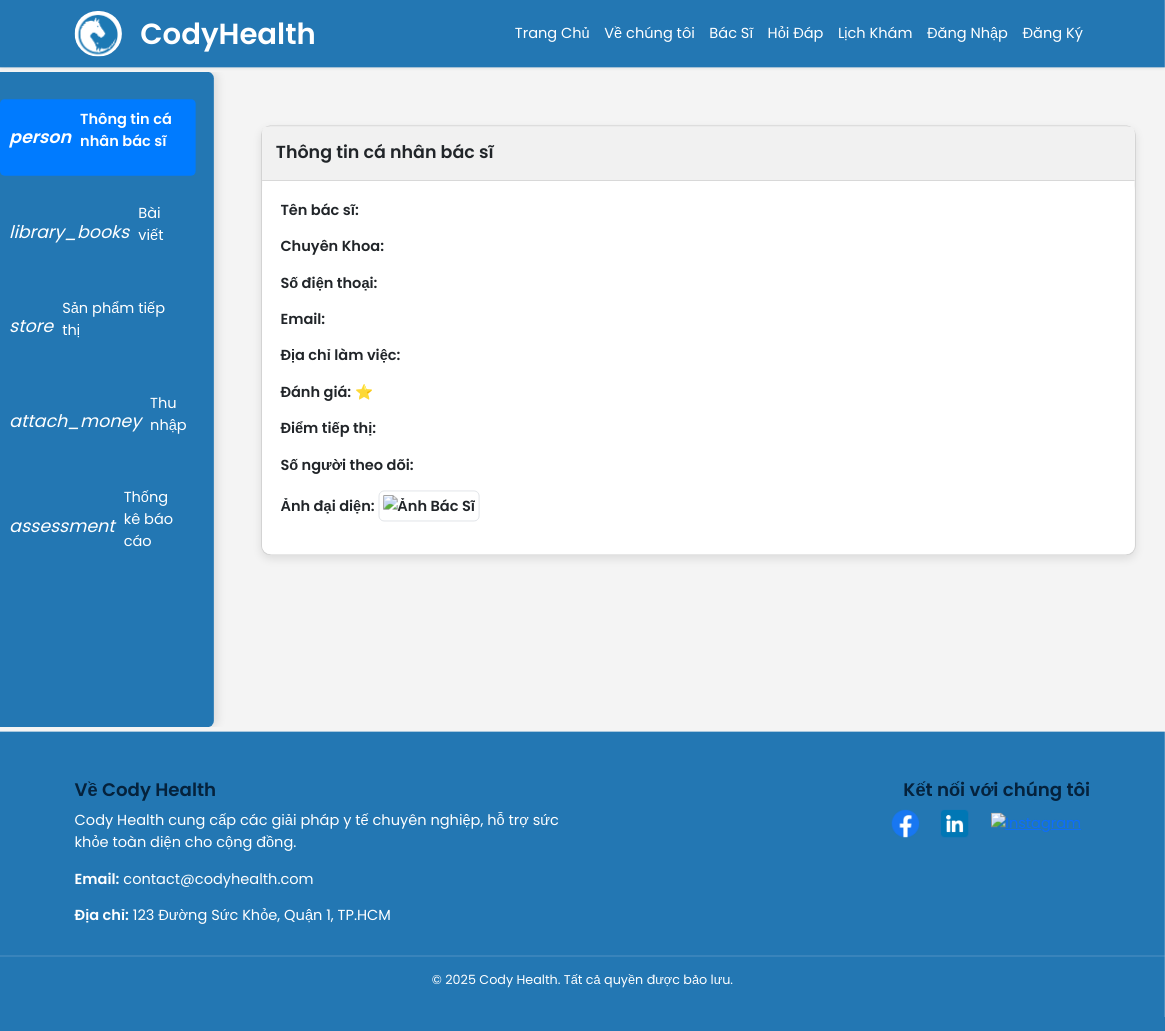
Repository: JonesKhaii/CodySocial
Page: resources/views/doctor/profile.blade.php
The author's editor kept a copy of each file at every save. The page is drawn from the files as they stood at one save, then again after the next save.
The browser window is 1280 px wide. The pictures show the whole page, at 91% of full size.
The page is served by the project's Laravel application, run on PHP 8.4 with Laravel 12. The template is opened directly, without the code that normally fills it, so the values that code supplies are empty.

Above is the page before, as saved 2025-02-14 11:20:54.

After the next save:
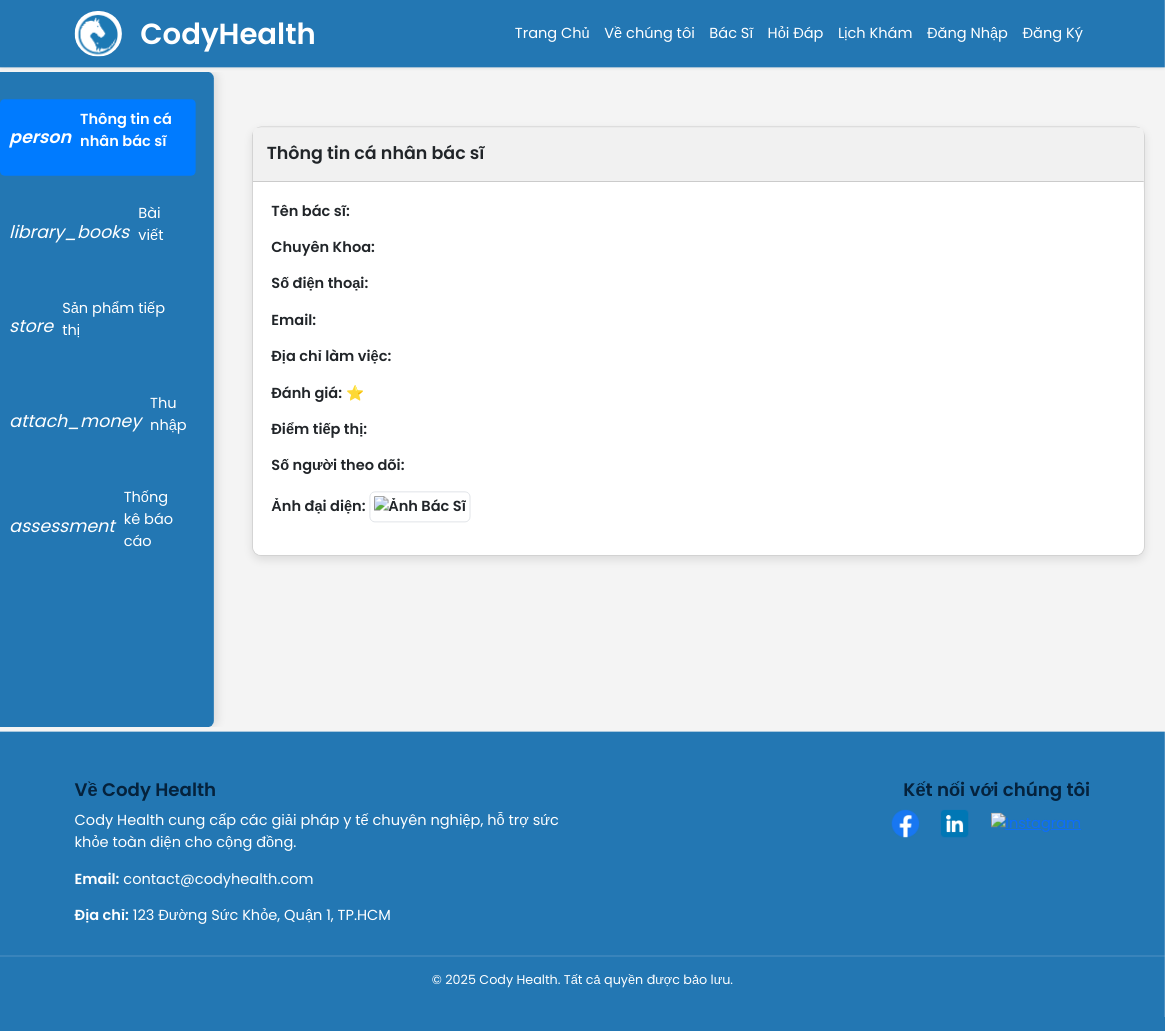
Saved 54 s later.
--- a/resources/views/doctor/profile.blade.php
+++ b/resources/views/doctor/profile.blade.php
@@ -103,7 +103,7 @@
         /* Main Content */
         .main-panel {
             margin-left: 20px;
-            padding: 20px;
+            padding: 20px 10px;
             width: 100%;
             overflow-y: auto;
         }
